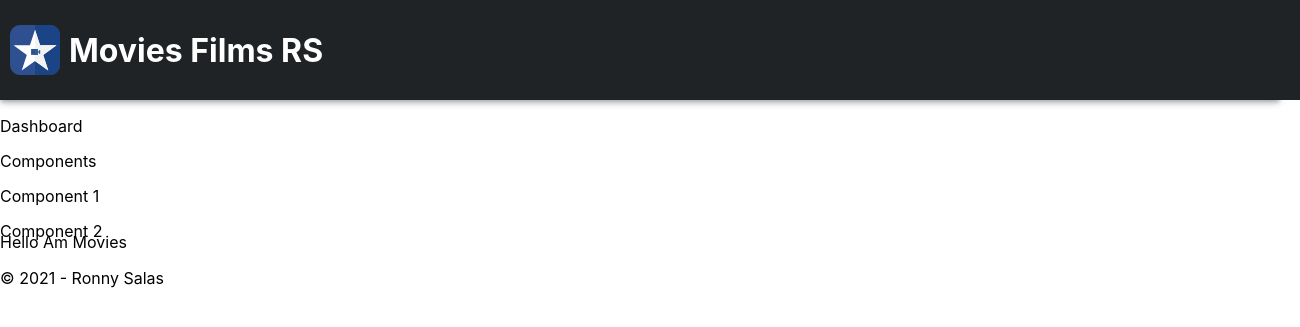
Repository: ronnysalas459/assigment-2
Page: /
An editor plug-in stored every save of this project. The page is shown before and after the next save, followed by the edit.
The browser window is 1280 px wide. The page is 1300 px wide, so the pictures cover 1300 px, including what lies to the right of the window. The pictures show the whole page.
The page's requests for data from a server got no answer. The project was rebuilt for these pictures with package versions that can differ from the ones it lists, and the page was loaded fresh each time. No one was signed in, and anything a server would have sent is missing. Also part of the build but not shown: src/contexts/DetailsContext.js, src/components/Details/index.js, src/components/NotFound/index.js.

Above is the page before, as saved 2021-08-29 19:40:01.

After the next save:
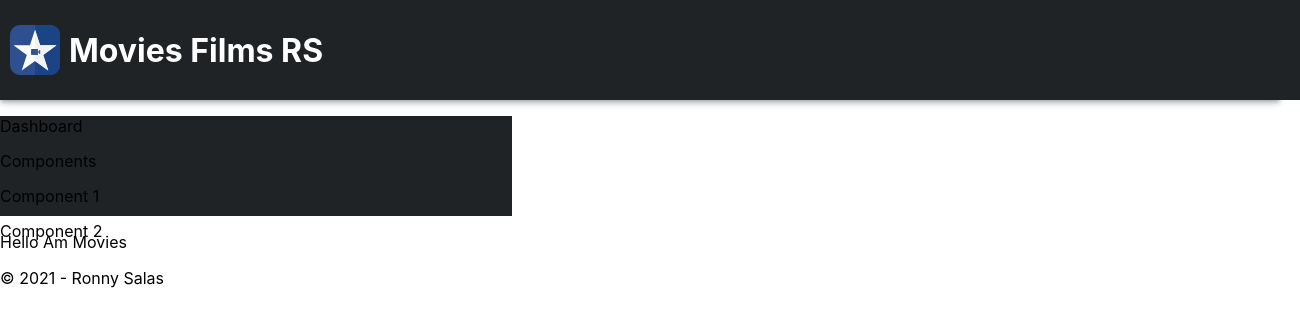
Saved 48 s later.
--- a/src/assets/css/styles.css
+++ b/src/assets/css/styles.css
@@ -31,6 +31,7 @@
 .sidebar {
   width: 40%;
   height: 100px;
+  background-color: #1F2326;
 }
 ul {
   list-style-type: none;
